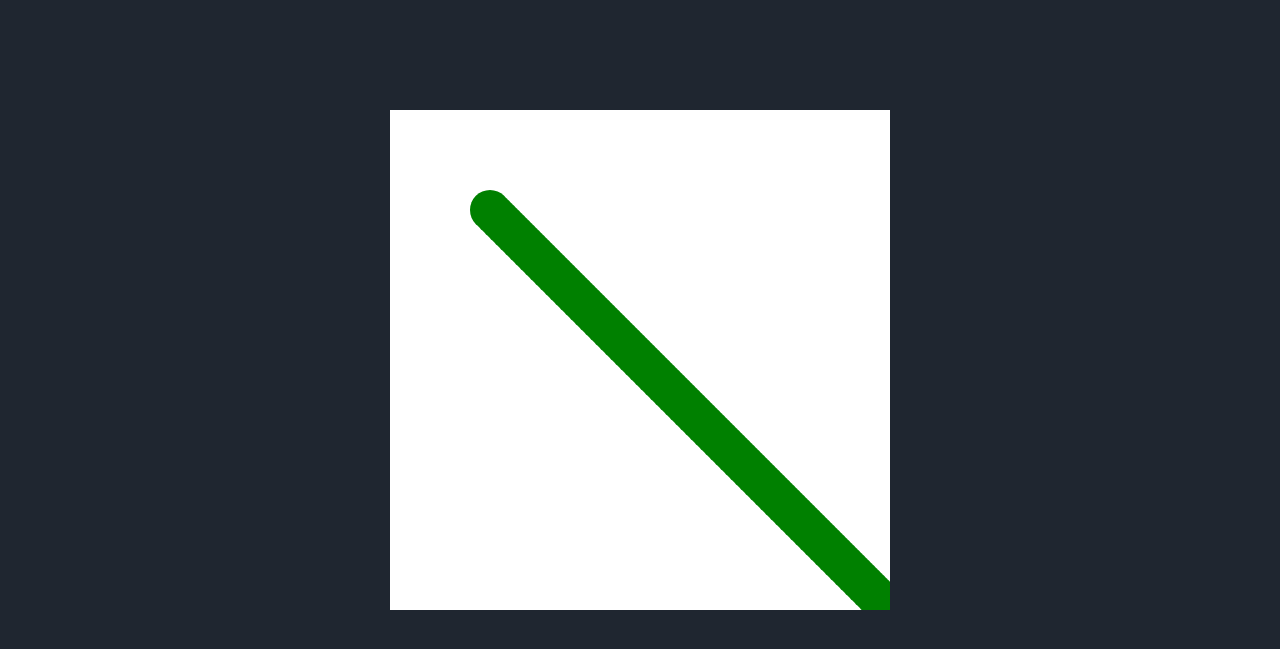
Repository: thecodeholic/cst-javascript-course
Page: /
The author's editor kept a copy of each file at every save. The page is drawn from the files as they stood at one save, then again after the next save.
The browser window is 1280 px wide. The pictures show the whole page.
The project was rebuilt for these pictures with package versions that can differ from the ones it lists, and the page was loaded fresh each time.

Above is the page before, as saved 2020-11-25 10:17:40.

### index.html
<!doctype html>
<html lang="en">
  <head>
    <!-- Required meta tags -->
    <meta charset="utf-8">
    <meta name="viewport" content="width=device-width, initial-scale=1, shrink-to-fit=no">

    <!-- Bootstrap CSS -->
    <link rel="stylesheet" href="https://stackpath.bootstrapcdn.com/bootstrap/4.5.2/css/bootstrap.min.css" integrity="sha384-JcKb8q3iqJ61gNV9KGb8thSsNjpSL0n8PARn9HuZOnIxN0hoP+VmmDGMN5t9UJ0Z" crossorigin="anonymous">

    <title>Javascript Course</title>

    <link rel="stylesheet" href="app.css">
  </head>
  <body>
    <canvas id="myCanvas" width="500" height="500">Your browser does not support canvas</canvas>
    <script src="app.js"></script>
    <!-- <script src="homework.js"></script> -->
  </body>
</html>

### app.css
* {
    box-sizing: border-box;
}
html {
    height: 100%;
}

body {
    background-color: rgb(31, 38, 48);
    display: flex;
    align-items: center;
    justify-content: center;
    height: 100%;;
}

canvas {
    background-color: #FFF;

}

### app.js
// What is canvas?
// https://developer.mozilla.org/en-US/docs/Web/API/Canvas_API/Tutorial
// https://www.w3schools.com/html/html5_canvas.asp
// https://www.w3schools.com/graphics/canvas_intro.asp
// https://www.w3schools.com/graphics/canvas_reference.asp
// https://developer.mozilla.org/en-US/docs/Web/API/Canvas_API

// How to create it and use it
const canvas = document.getElementById('myCanvas');
const ctx = canvas.getContext('2d');

// // Draw rectangles
// // =================
// // fillRect
// ctx.fillStyle = 'blue';
// ctx.fillRect(50, 50, 100, 50);
// ctx.fillStyle = 'red';
// ctx.fillRect(50, 150, 100, 50)

// // strokeRect
// ctx.strokeStyle = 'green';
// ctx.lineWidth = 4;
// ctx.strokeRect(200, 50, 100, 50);

// // clearRect
// ctx.clearRect(55, 55, 90, 40);

// // fillText
// ctx.font = '36px Arial';
// ctx.fillStyle = 'purple';
// ctx.fillText("Hello World", 200, 200)

// // strokeText
// ctx.lineWidth = 1;
// ctx.strokeText("Hello World", 200, 250);

// // Paths   beginPath, moveTo, lineTo, closePath, stroke, fill
// // ==============
// ctx.beginPath();
// ctx.moveTo(200, 300);
// ctx.lineTo(300, 300);
// ctx.lineTo(300, 400);
// ctx.closePath();
// ctx.stroke();

// // Arcs
// // ====================
// ctx.beginPath();
// ctx.lineWidth = 4;
// ctx.arc(100, 300, 50, 0, 2 * Math.PI);
// ctx.stroke();

// ctx.beginPath();
// ctx.moveTo(75, 25);
// ctx.quadraticCurveTo(25, 25, 25, 62.5);
// ctx.quadraticCurveTo(25, 100, 50, 100);
// ctx.quadraticCurveTo(50, 120, 30, 125);
// ctx.quadraticCurveTo(60, 120, 65, 100);
// ctx.quadraticCurveTo(125, 100, 125, 62.5);
// ctx.quadraticCurveTo(125, 25, 75, 25);
// ctx.stroke();

// Draw image
// ====================
// const image = new Image();
// image.src = 'char.png';
// image.onload = function() {
//     canvas.width = 100;
//     canvas.height = 100;
//     ctx.drawImage(image, 0, 0);
//     const data = ctx.getImageData(130, 130, 30, 30);
//     console.log(data);
//     ctx.putImageData(data, 200, 200);
// }

// Write text
// ====================

// Ball animation
const ball = {
    x: 100,
    y: 100,
    r: 20,
    speed: 5
};

function drawBall() {
    ctx.beginPath();
    ctx.arc(ball.x, ball.y, ball.r, 0, 2 * Math.PI);
    ctx.fillStyle = 'green'
    ctx.fill();

    ball.x += ball.speed;
    ball.y += ball.speed;
}

function update() {
    drawBall();

    requestAnimationFrame(update);
}

update();

Loaded but not shown: src/index.js (no copy from this time; the picture is the same without it)

After the next save:
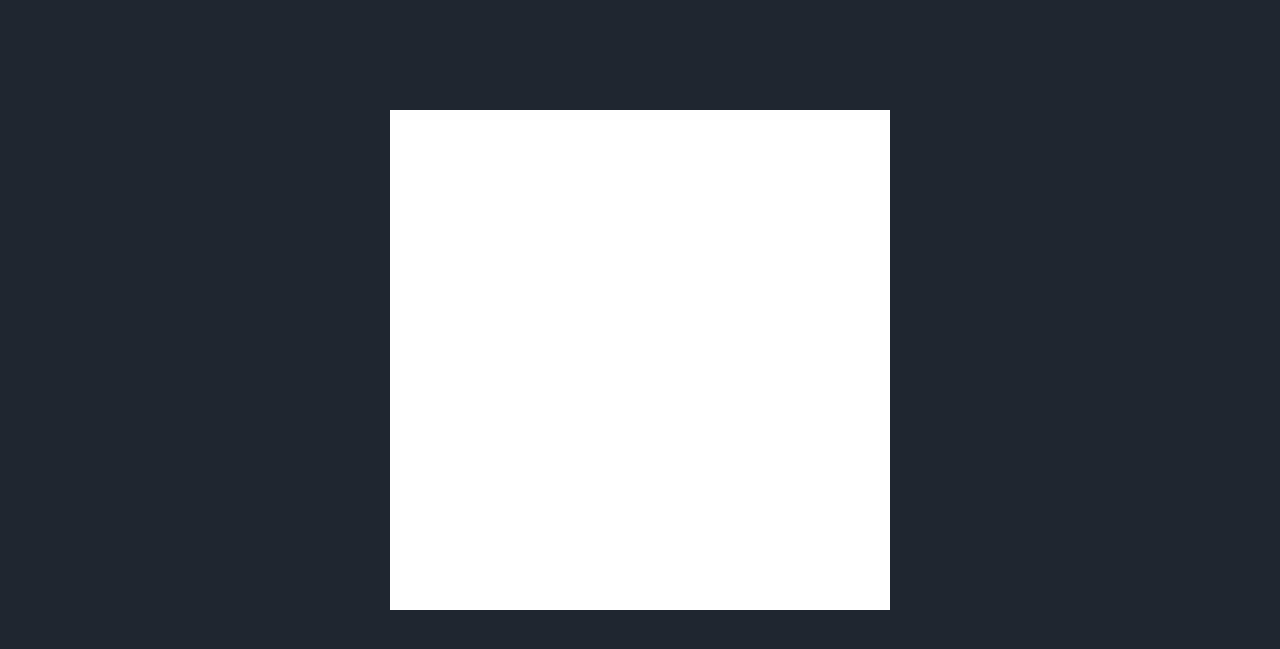
Saved 63 s later.
--- a/app.js
+++ b/app.js
@@ -84,7 +84,13 @@ const ball = {
     speed: 5
 };
 
+
+function clear(){
+    ctx.clearRect(0, 0, canvas.width, canvas.height)
+}
+
 function drawBall() {
+    clear();
     ctx.beginPath();
     ctx.arc(ball.x, ball.y, ball.r, 0, 2 * Math.PI);
     ctx.fillStyle = 'green'
